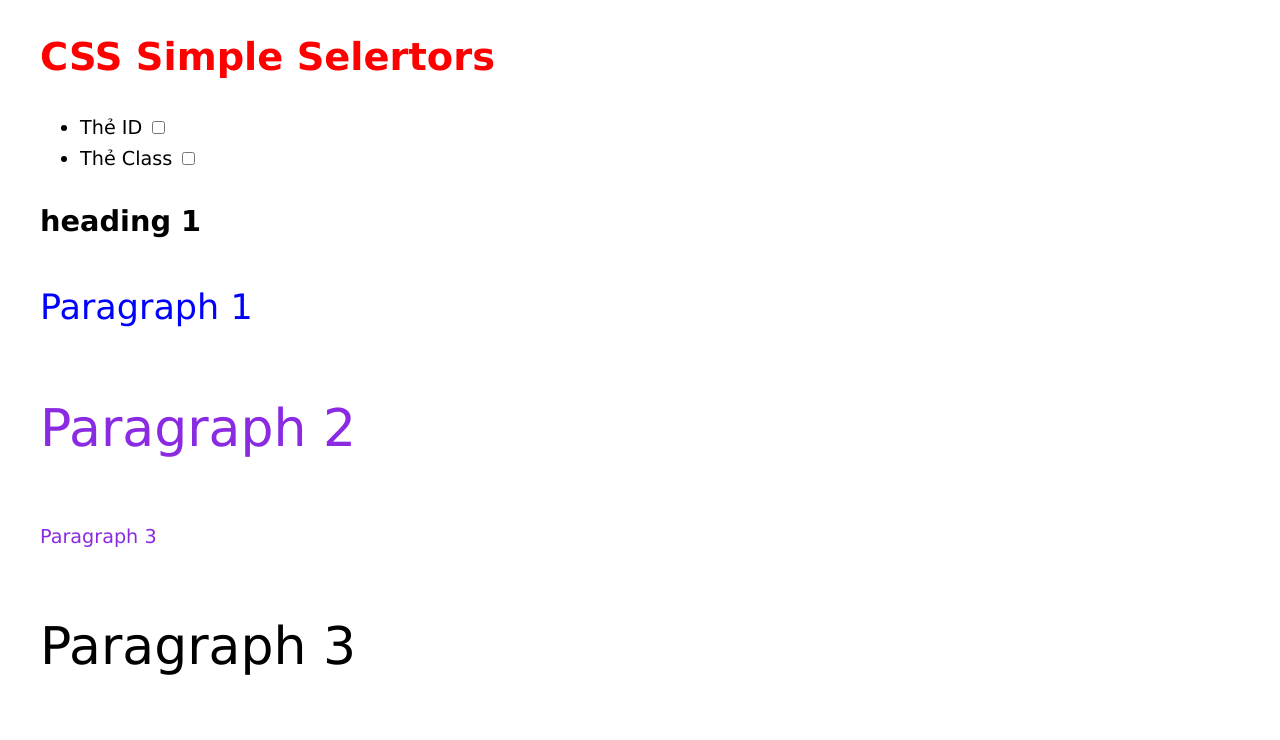
Repository: phanvu0103/HTML-CSS
Page: CSS_24_CSS-Selertors-là_gì/03_ID-và-Class/index.html
These files come from the project's save history. The page is drawn as it stood at one moment and after the next save; the edit follows.
The browser window is 1280 px wide. The pictures show the whole page.

Above is the page before, as saved 2022-10-19 11:03:26.

After the next save:
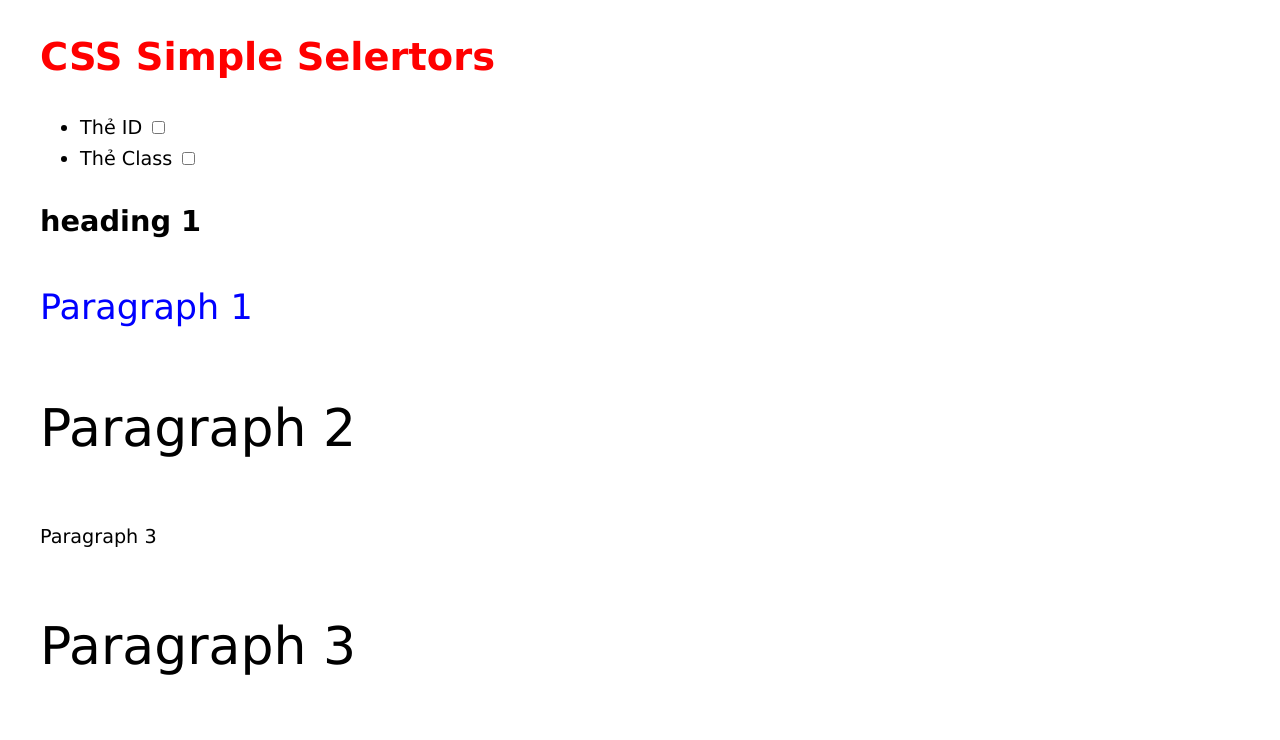
Saved 6 s later.
--- a/CSS_24_CSS-Selertors-là_gì/03_ID-và-Class/style.css
+++ b/CSS_24_CSS-Selertors-là_gì/03_ID-và-Class/style.css
@@ -18,7 +18,7 @@
 }
 .large {
   font-size: 52px;
-}
+/* }
 .color-red {
   color: blueviolet;
-}
+} */

After the 2 saves that followed:
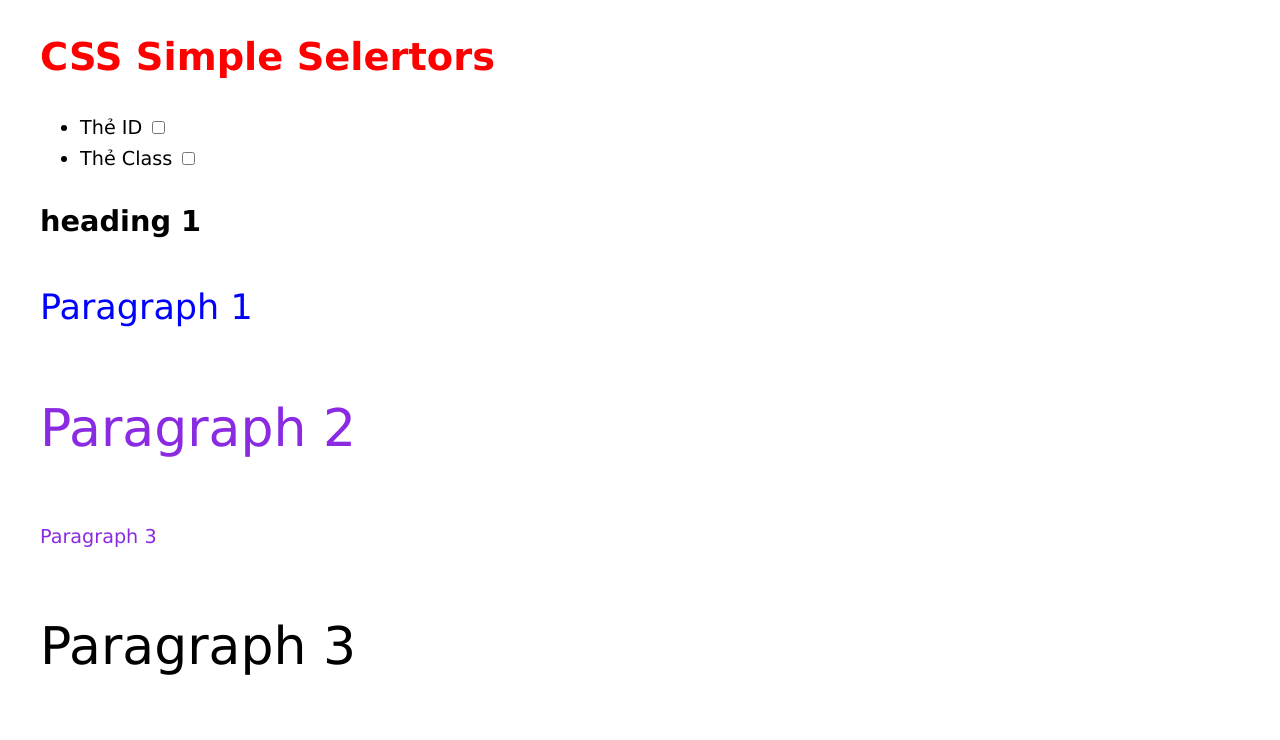
The 2 saves are shown as one change because 1 left the picture as it was.
The last was saved 40 s later.
--- a/CSS_24_CSS-Selertors-là_gì/03_ID-và-Class/style.css
+++ b/CSS_24_CSS-Selertors-là_gì/03_ID-và-Class/style.css
@@ -18,7 +18,7 @@
 }
 .large {
   font-size: 52px;
-/* }
+}
 .color-red {
   color: blueviolet;
-} */
+}
